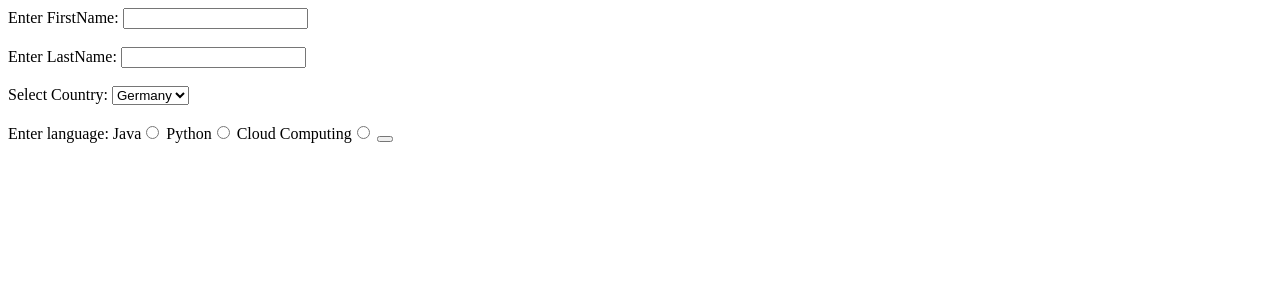
Repository: Gunjan1908/AdvanceJava
Page: http://localhost/SpringMVC/student/hello
These files come from the project's save history. The page is drawn as it stood at one moment and after the next save; the edit follows.
The browser window is 1280 px wide. The pictures show the whole page.
The page is served by Tomcat 9.

Above is the page before, as saved 2023-12-02 04:21:22.

### SpringMVC/WebContent/WEB-INF/spring-mvc-demo-servlet.xml
<?xml version="1.0" encoding="UTF-8"?>
<beans xmlns="http://www.springframework.org/schema/beans"
	xmlns:xsi="http://www.w3.org/2001/XMLSchema-instance"
	xmlns:context="http://www.springframework.org/schema/context"
	xmlns:mvc="http://www.springframework.org/schema/mvc"
	xsi:schemaLocation="
		http://www.springframework.org/schema/beans
    	http://www.springframework.org/schema/beans/spring-beans.xsd
    	http://www.springframework.org/schema/context
    	http://www.springframework.org/schema/context/spring-context.xsd
    	http://www.springframework.org/schema/mvc
        http://www.springframework.org/schema/mvc/spring-mvc.xsd">


        <!-- Step3: Add Support for Component Scanning -->
        <context:component-scan base-package="com.app"/>

        <!-- Step4: Add support for conversion, Formatting and Validation -->
        <mvc:annotation-driven/>

        <!-- Step5: Configure MVC View Resolver -->
    <bean class="org.springframework.web.servlet.view.InternalResourceViewResolver">
     <property name="prefix" value="/WEB-INF/views/"></property>
        <property name="suffix" value=".jsp"></property>
        </bean>

        </beans>

### SpringMVC/WebContent/WEB-INF/views/student-form.jsp
<%@ page language="java" contentType="text/html; charset=ISO-8859-1"
    pageEncoding="ISO-8859-1"%>
 <%@ taglib uri="http://www.springframework.org/tags/form" prefix="form"%>
<!DOCTYPE html>
<html>
<head>
<meta charset="ISO-8859-1">
<title>Student Form</title>
</head>
<body>
<!-- <form action="processForm" method="post">
Enter Student Name: <input type="text" name="txtName">
<br>
<input type="submit" value="Go">
</form> -->

<form:form action="processForm" modelAttribute="student">
Enter FirstName: <form:input path="firstName"/>
<br><br>
Enter LastName: <form:input path="lastName"/>
<br><br>
Select Country:
<form:select path="country">
<form:options items="${student.countryOptions}"/>
</form:select>
<br><br>
Enter language:
Java<form:radiobutton path="language" value="Java"/>
Python<form:radiobutton path="language" value="Python"/>
Cloud Computing<form:radiobutton path="language" value="Cloud Computing"/>

<form:button name="submit" value="Submit"></form:button>
</form:form>


</body>
</html>

### SpringMVC/src/com/app/controller/HomeController.java
package com.app.controller;

import org.springframework.stereotype.Controller;
import org.springframework.web.bind.annotation.RequestMapping;

@Controller
public class HomeController {

	@RequestMapping("/")
	public String showMyPage()
	{
		return "main-menu";		//WEB-INF/views/main-menu.jsp
	}

}

### SpringMVC/src/com/app/controller/StudentController.java
package com.app.controller;

import org.springframework.stereotype.Controller;
import org.springframework.ui.Model;
import org.springframework.web.bind.annotation.ModelAttribute;
import org.springframework.web.bind.annotation.RequestMapping;

import com.app.model.Student;

@Controller
@RequestMapping("/student")
public class StudentController {

	@RequestMapping("/hello")
	public String showPage(Model model)
	{
		//create a student object
		Student s = new Student();
		//add student to container
		model.addAttribute("student", s);
		return "student-form";
	}

	/*
	 * @RequestMapping("/processForm") public String
	 * processStudentForm(HttpServletRequest request,Model model) { String
	 * studentName = request.getParameter("txtName"); studentName =
	 * studentName.toUpperCase(); String result = "Hey "+studentName+" Welcome!!!";
	 * model.addAttribute("message", result); return "student-confirmation"; }
	 */

	/*
	 * @RequestMapping("/processForm") public String
	 * processStudentForm(@RequestParam("txtName") String studentName,Model model) {
	 * studentName = studentName.toUpperCase(); String result =
	 * "Hey "+studentName+" Welcome to Infoway!!!"; model.addAttribute("message",
	 * result); return "student-confirmation"; }
	 */

	@RequestMapping("/processForm")
	public String processStudentForm(@ModelAttribute("student") Student theStudent)
	{
		System.out.println(theStudent);
		return "student-confirmation";
	}

}

### SpringMVC/src/com/app/model/Student.java
package com.app.model;

import java.util.HashMap;
import java.util.Map;

public class Student {

	private String firstName;
	private String lastName;
	private String country;
	private Map<String, String> countryOptions;
	private String language;
	private String[] operatingSystems;

	public Student() {
		countryOptions = new HashMap<String, String>();
		countryOptions.put("IN", "India");
		countryOptions.put("DE", "Germany");
		countryOptions.put("ES", "Spanish");
		countryOptions.put("FR", "France");
	}

	public String getFirstName() {
		return firstName;
	}

	public void setFirstName(String firstName) {
		this.firstName = firstName;
	}

	public String getLastName() {
		return lastName;
	}

	public void setLastName(String lastName) {
		this.lastName = lastName;
	}

	public String getCountry() {
		return country;
	}

	public void setCountry(String country) {
		this.country = country;
	}

	public Map<String, String> getCountryOptions() {
		return countryOptions;
	}

	public void setCountryOptions(Map<String, String> countryOptions) {
		this.countryOptions = countryOptions;
	}

	public String getLanguage() {
		return language;
	}

	public void setLanguage(String language) {
		this.language = language;
	}

	public String[] getOperatingSystems() {
		return operatingSystems;
	}

	public void setOperatingSystems(String[] operatingSystems) {
		this.operatingSystems = operatingSystems;
	}

	@Override
	public String toString() {
		return "Student [firstName=" + firstName + ", lastName=" + lastName + "]";
	}

}

After the next save:
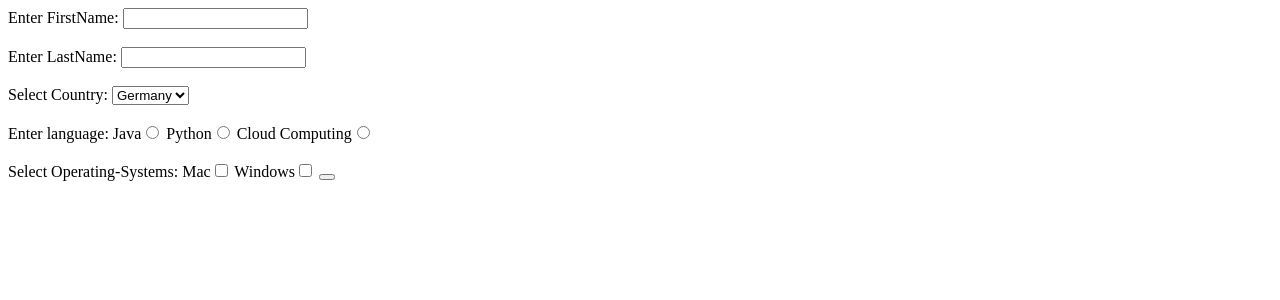
Saved 83 s later.
--- a/SpringMVC/WebContent/WEB-INF/views/student-form.jsp
+++ b/SpringMVC/WebContent/WEB-INF/views/student-form.jsp
@@ -28,7 +28,10 @@ Enter language:
 Java<form:radiobutton path="language" value="Java"/>
 Python<form:radiobutton path="language" value="Python"/>
 Cloud Computing<form:radiobutton path="language" value="Cloud Computing"/>
-
+<br><br>
+Select Operating-Systems:
+Mac<form:checkbox path="operatingSystems" value="Mac"/>
+Windows<form:checkbox path="operatingSystems" value="Windows"/>
 <form:button name="submit" value="Submit"></form:button>
 </form:form>
 
